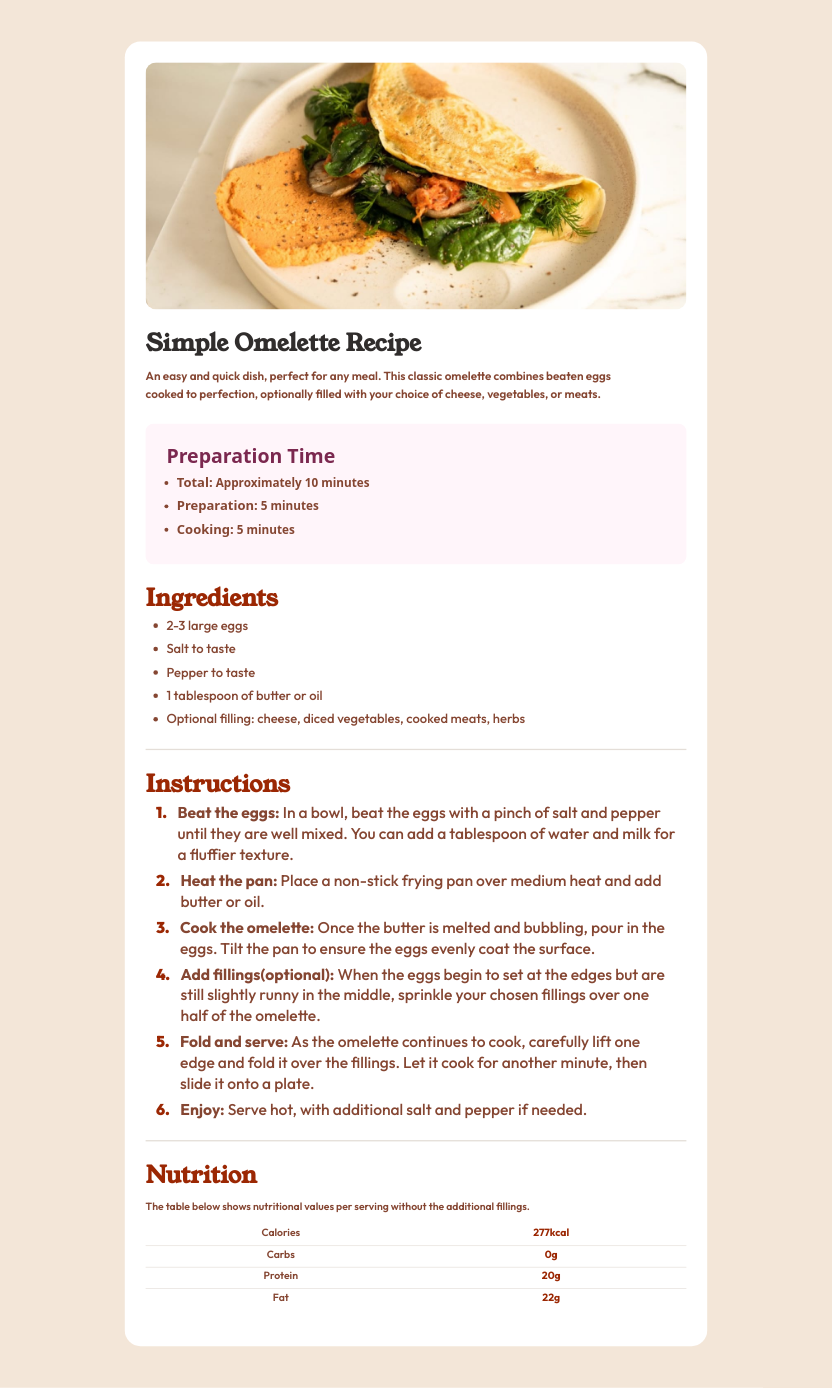
Repository: nivrii/recipe-page-main
Page: /
An editor plug-in stored every save of this project. The page is shown before and after the next save, followed by the edit.
The browser window is 1280 px wide. The pictures show the whole page, at 65% of full size.
The project was rebuilt for these pictures with package versions that can differ from the ones it lists, and the page was loaded fresh each time. Also part of the build but not shown: vite.config.js, src/index.css.

Above is the page before, as saved 2024-03-27 12:51:22.

After the next save:
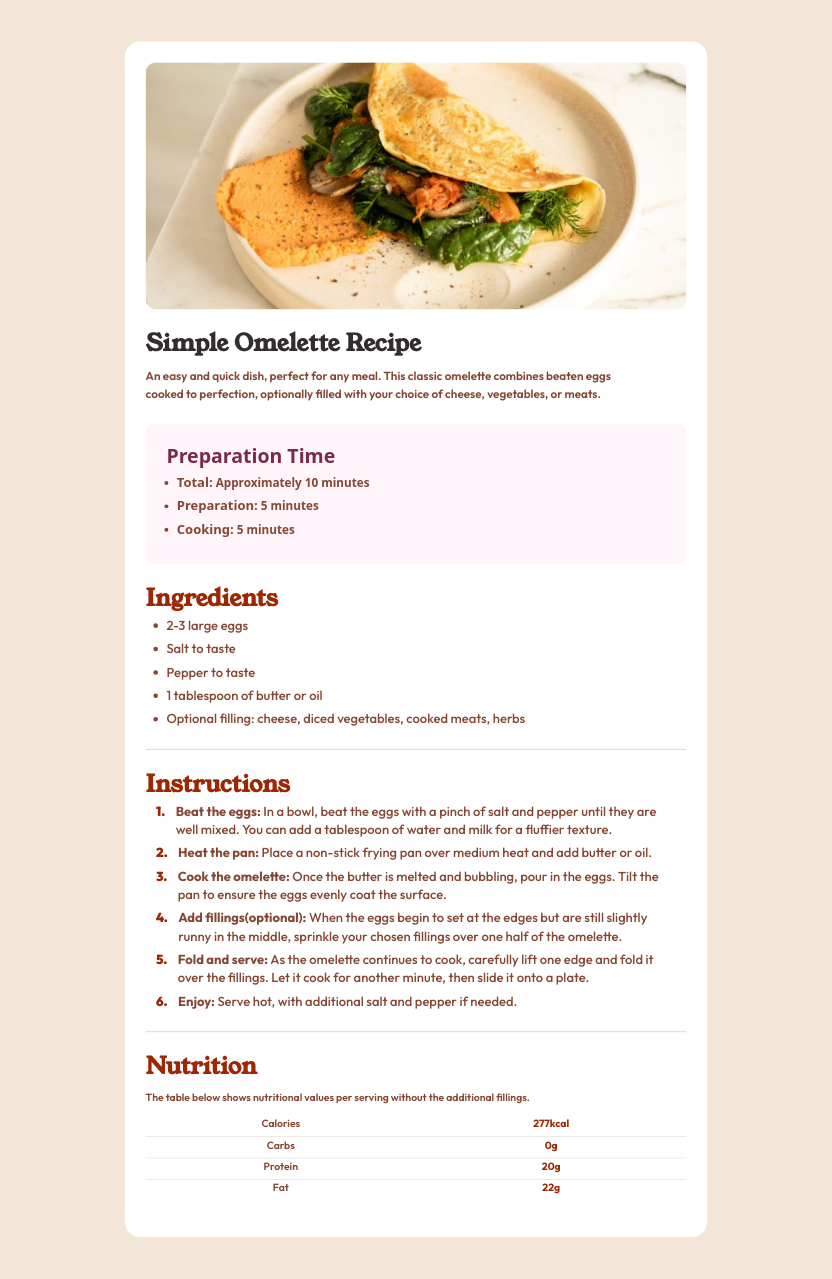
Saved 7 s later.
--- a/src/Instructions.jsx
+++ b/src/Instructions.jsx
@@ -4,7 +4,7 @@ export function Instructions() {
       <h1 className="text-left text-nutmegLight text-3xl md:text-4xl font-bold font-young mt-8">
         Instructions
       </h1>
-      <ul className="font-outfit mt-2 mb-8 mx-4 text-nutmeg font-medium space-y-2 md:text-2xl">
+      <ul className="font-outfit mt-2 mb-8 mx-4 text-nutmeg font-medium space-y-2 md:text-xl">
         <li className="flex flex-row space-x-4">
           <div className="text-nutmegLight font-black">1.</div>
           <div className="">
